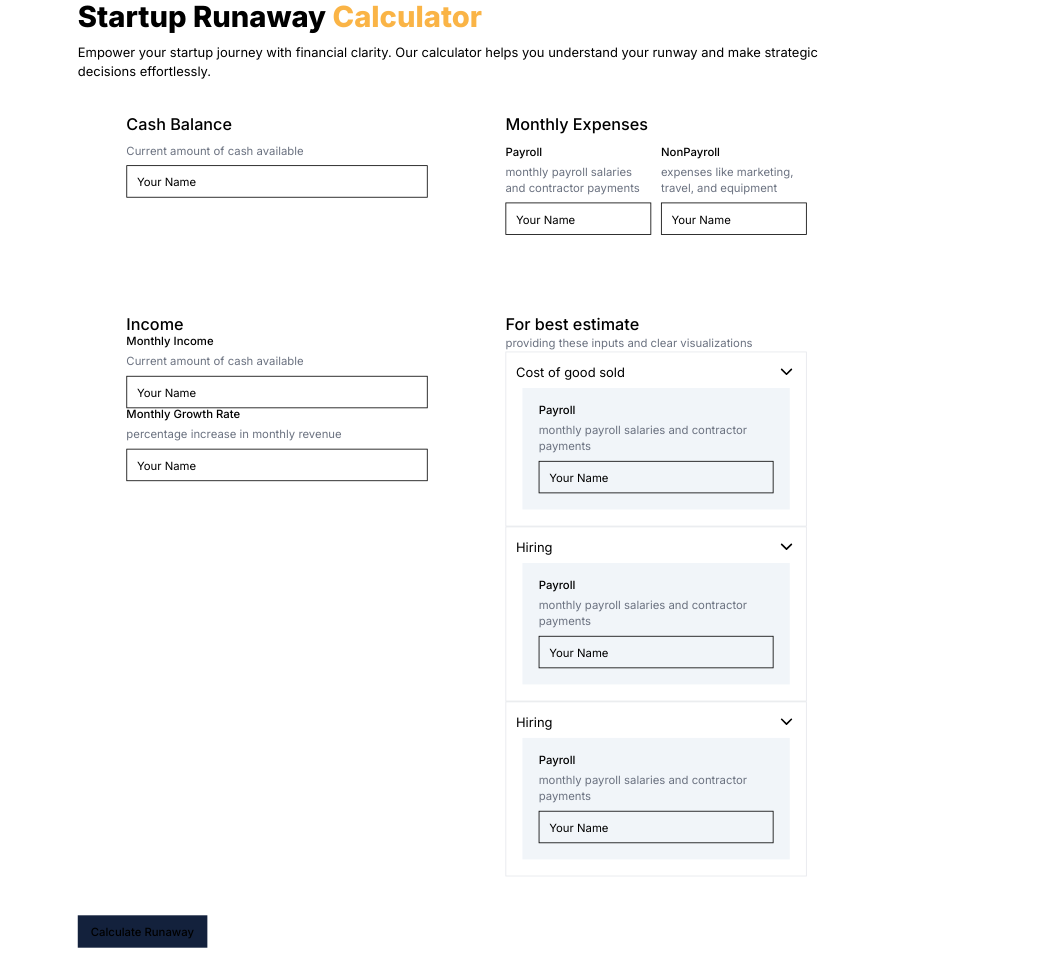
Repository: wossenF/startup-runaway-calculator
Page: /
The author's editor kept a copy of each file at every save. The page is drawn from the files as they stood at one save, then again after a run of saves.
The browser window is 1280 px wide. The pictures show the whole page, at 81% of full size.
The project was rebuilt for these pictures with package versions that can differ from the ones it lists, and the page was loaded fresh each time. The framework's server and built-in components were replaced by stand-ins that run in the browser. Also part of the build but not shown: next.config.mjs.

Above is the page before, as saved 2024-04-08 14:15:01.

### src/app/page.tsx
import UserInput from "../components/UserInput";
import {Button} from '../components/ui/button'
export default function Home() {
  return (
    <main className="ml-24 w-3/4 mx-auto">
      <h1 className="font-extrabold text-4xl">Startup Runaway <span className="text-[#FAB446]">Calculator</span></h1>
      <p className="mx-auto max-w-screen-md lg:max-w-screen-lg xl:max-w-screen-xl p-3 pl-0">Empower your startup journey with financial clarity. Our calculator  helps you understand your runway and make strategic decisions  effortlessly.</p>
      <UserInput/>
      <Button className="mb-4">Calculate Runaway</Button>
    </main>
  );
}

### src/components/UserInput.tsx
"use client";
import { Input } from "./ui/input";
import { Label } from "./ui/label";
import { ChevronDown } from "lucide-react";
import { Button } from "./ui/button";
const UserInput = () => {
  return (
    <>
      <div className="container grid grid-cols-1 lg:grid-cols-2 gap-10 pb-5">
        <div className="bg-secondary/50 rounded-lg p-7  ">
          <form className="grid gap-2">
            <Label className="font-medium text-xl">Cash Balance</Label>
            <p className="text-gray-500 text-sm ">
              Current amount of cash available
            </p>
            <Input name="name" placeholder="Your Name" />
          </form>
        </div>

        <div className=" bg-secondary/50 rounded-lg p-7  grid gap-2">
          <Label className="font-medium text-xl">Monthly Expenses</Label>
          <div className="grid grid-cols-2 gap-3 pt-1">
            <div>
              <form className="grid gap-2">
                <Label className="">Payroll</Label>
                <p className="text-gray-500 text-sm ">
                  monthly payroll salaries and contractor payments
                </p>
                <Input name="name" placeholder="Your Name" />
              </form>
            </div>
            <div>
              <form className="grid gap-2">
                <Label className="">NonPayroll</Label>
                <p className="text-gray-500 text-sm ">
                  expenses like marketing, travel, and equipment
                </p>
                <Input name="name" placeholder="Your Name" />
              </form>
            </div>
          </div>
        </div>

        <div className=" bg-secondary/50 rounded-lg p-7">
          <Label className="font-medium text-xl">Income</Label>

          <form className="grid gap-2">
            <Label className="">Monthly Income</Label>
            <p className="text-gray-500 text-sm ">
              Current amount of cash available
            </p>
            <Input name="name" placeholder="Your Name" />
          </form>

          <form className="grid gap-2">
            <Label className="">Monthly Growth Rate</Label>
            <p className="text-gray-500 text-sm ">
              percentage increase in monthly revenue
            </p>
            <Input name="name" placeholder="Your Name" />
          </form>
        </div>

        {/* optional parameters */}
        <div className="bg-secondary/50 rounded-lg p-7  ">
          <Label className="font-medium text-xl">For best estimate</Label>
          <p className="text-gray-500 text-sm ">
            providing these inputs and clear visualizations
          </p>
          {/* cost of goods input area */}
          <div className="p-3 gap-20 border rounded-md  ">
            <div className="flex justify-between ">
              <p>Cost of good sold</p>
              <ChevronDown />
            </div>

            <div className=" p-5 bg-slate-100 m-2">
              <form className="grid gap-2">
                <Label className="">Payroll</Label>
                <p className="text-gray-500 text-sm ">
                  monthly payroll salaries and contractor payments
                </p>
                <Input name="name" placeholder="Your Name" />
              </form>
            </div>
          </div>

          {/*  income growth rate chart */}
          <div className="p-3 gap-20 border rounded-md  ">
            <div className="flex justify-between ">
              <p>Hiring</p>
              <ChevronDown />
            </div>

            <div className=" p-5 bg-slate-100 m-2">
              <form className="grid gap-2">
                <Label className="">Payroll</Label>
                <p className="text-gray-500 text-sm ">
                  monthly payroll salaries and contractor payments
                </p>
                <Input name="name" placeholder="Your Name" />
              </form>
            </div>
          </div>

          {/*  */}
          <div className="p-3 gap-20 border rounded-md  ">
            <div className="flex justify-between ">
              <p>Hiring</p>
              <ChevronDown />
            </div>

            <div className=" p-5 bg-slate-100 m-2">
              <form className="grid gap-2">
                <Label className="">Payroll</Label>
                <p className="text-gray-500 text-sm ">
                  monthly payroll salaries and contractor payments
                </p>
                <Input name="name" placeholder="Your Name" />
              </form>
            </div>
          </div>

          {/*  */}
        </div>
      </div>
    </>
  );
};

export default UserInput;

### src/components/ui/button.tsx
import * as React from "react"
import { Slot } from "@radix-ui/react-slot"
import { cva, type VariantProps } from "class-variance-authority"

import { cn } from "@/lib/utils"

const buttonVariants = cva(
  "inline-flex items-center justify-center whitespace-nowrap text-sm font-medium ring-offset-background transition-colors focus-visible:outline-none focus-visible:ring-2 focus-visible:ring-ring focus-visible:ring-offset-2 disabled:pointer-events-none disabled:opacity-50",
  {
    variants: {
      variant: {
        default: "bg-[#13213C] text-primary-foreground hover:bg-primary/90",
        destructive:
          "bg-destructive text-destructive-foreground hover:bg-destructive/90",
        outline:
          "border border-input bg-background hover:bg-accent hover:text-accent-foreground",
        secondary:
          "bg-secondary text-secondary-foreground hover:bg-secondary/80",
        ghost: "hover:bg-accent hover:text-accent-foreground",
        link: "text-primary underline-offset-4 hover:underline",
      },
      size: {
        default: "h-10 px-4 py-2",
        sm: "h-9 rounded-md px-3",
        lg: "h-11 rounded-md px-8",
        icon: "h-10 w-10",
      },
    },
    defaultVariants: {
      variant: "default",
      size: "default",
    },
  }
)

export interface ButtonProps
  extends React.ButtonHTMLAttributes<HTMLButtonElement>,
    VariantProps<typeof buttonVariants> {
  asChild?: boolean
}

const Button = React.forwardRef<HTMLButtonElement, ButtonProps>(
  ({ className, variant, size, asChild = false, ...props }, ref) => {
    const Comp = asChild ? Slot : "button"
    return (
      <Comp
        className={cn(buttonVariants({ variant, size, className }))}
        ref={ref}
        {...props}
      />
    )
  }
)
Button.displayName = "Button"

export { Button, buttonVariants }

### src/components/ui/input.tsx
import * as React from "react"

import { cn } from "@/lib/utils"

export interface InputProps
  extends React.InputHTMLAttributes<HTMLInputElement> {}

const Input = React.forwardRef<HTMLInputElement, InputProps>(
  ({ className, type, ...props }, ref) => {
    return (
      <input
        type={type}
        className={cn(
          "flex h-10 w-full rounded-md border border-input bg-background px-3 py-2 text-sm ring-offset-background file:border-0 file:bg-transparent file:text-sm file:font-medium placeholder:text-muted-foreground focus-visible:outline-none focus-visible:ring-2 focus-visible:ring-ring focus-visible:ring-offset-2 disabled:cursor-not-allowed disabled:opacity-50",
          className
        )}
        ref={ref}
        {...props}
      />
    )
  }
)
Input.displayName = "Input"

export { Input }

### src/components/ui/label.tsx
"use client"

import * as React from "react"
import * as LabelPrimitive from "@radix-ui/react-label"
import { cva, type VariantProps } from "class-variance-authority"

import { cn } from "@/lib/utils"

const labelVariants = cva(
  "text-sm font-medium leading-none peer-disabled:cursor-not-allowed peer-disabled:opacity-70"
)

const Label = React.forwardRef<
  React.ElementRef<typeof LabelPrimitive.Root>,
  React.ComponentPropsWithoutRef<typeof LabelPrimitive.Root> &
    VariantProps<typeof labelVariants>
>(({ className, ...props }, ref) => (
  <LabelPrimitive.Root
    ref={ref}
    className={cn(labelVariants(), className)}
    {...props}
  />
))
Label.displayName = LabelPrimitive.Root.displayName

export { Label }

Loaded but not shown: src/app/layout.tsx (common file); src/app/globals.css (common file); src/lib/utils.ts (common file); tailwind.config.ts (common file)

After the next 2 saves:
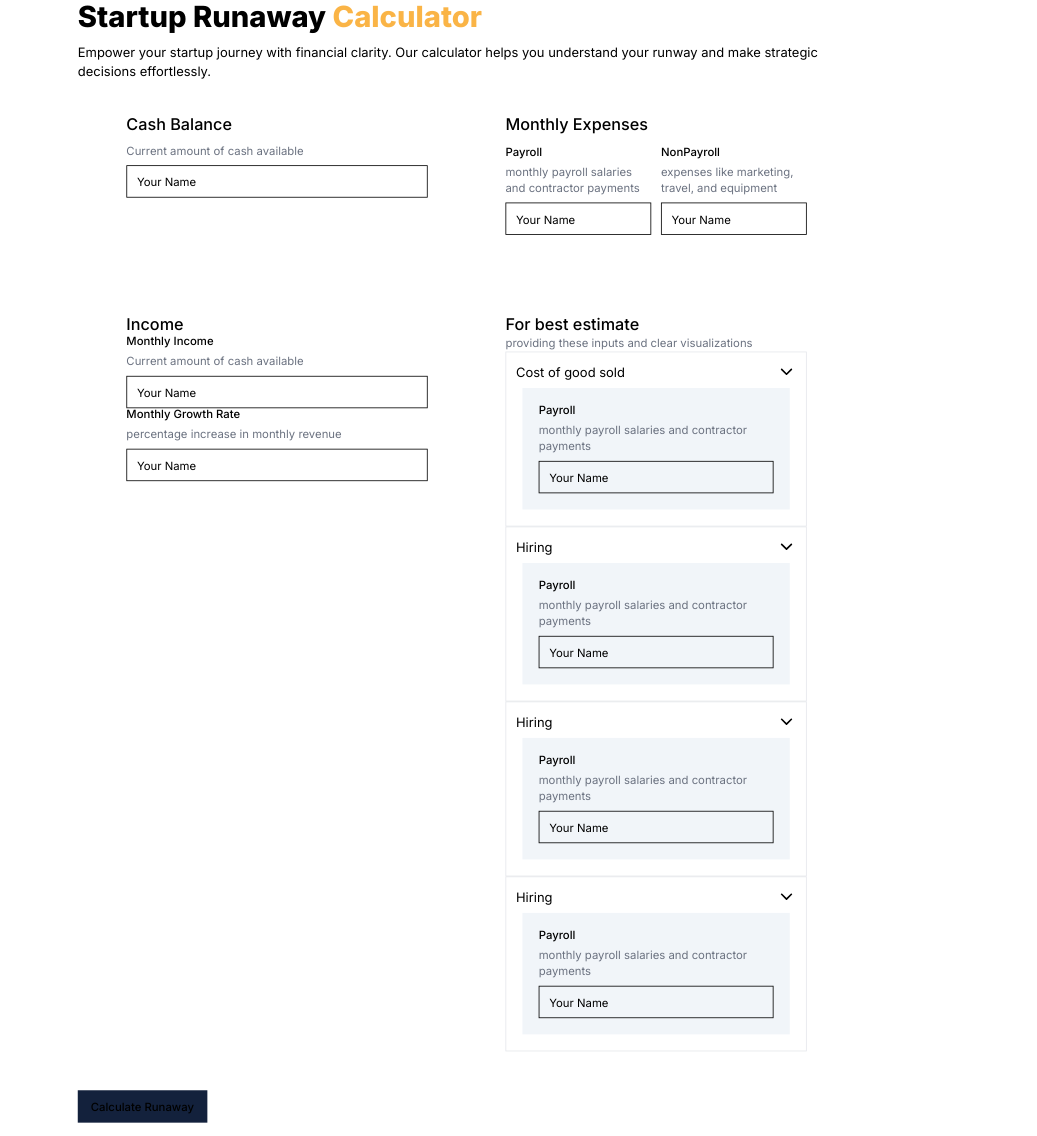
The 2 saves are shown as one change because they came seconds apart.
The last was saved 6 s later.
--- a/src/components/UserInput.tsx
+++ b/src/components/UserInput.tsx
@@ -122,6 +122,24 @@ const UserInput = () => {
           </div>
 
           {/*  */}
+          <div className="p-3 gap-20 border rounded-md  ">
+            <div className="flex justify-between ">
+              <p>Hiring</p>
+              <ChevronDown />
+            </div>
+
+            <div className=" p-5 bg-slate-100 m-2">
+              <form className="grid gap-2">
+                <Label className="">Payroll</Label>
+                <p className="text-gray-500 text-sm ">
+                  monthly payroll salaries and contractor payments
+                </p>
+                <Input name="name" placeholder="Your Name" />
+              </form>
+            </div>
+          </div>
+
+
         </div>
       </div>
     </>
